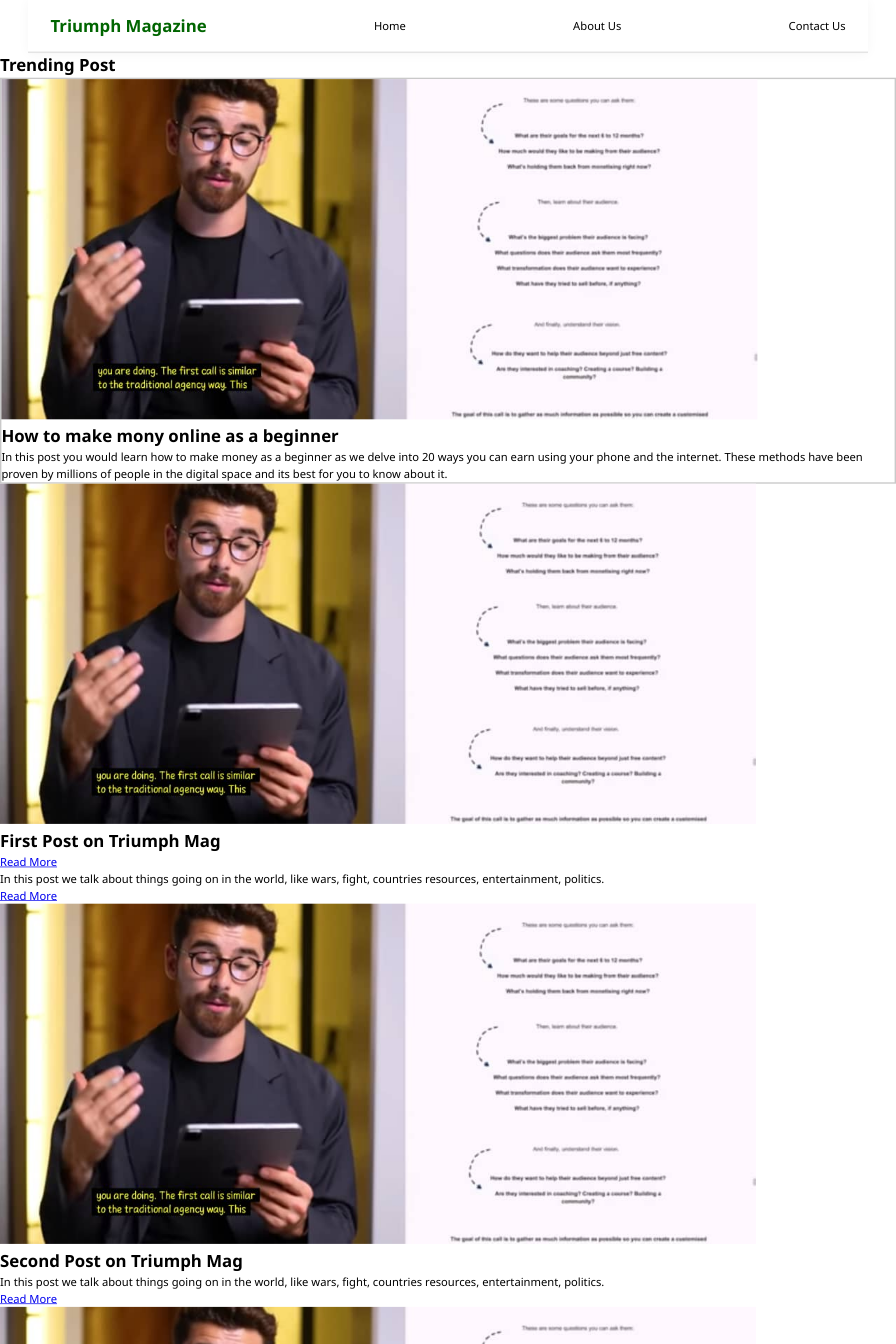
Repository: zikcolle/Triumph-Blog
Page: index.html
The author's editor kept a copy of each file at every save. The page is drawn from the files as they stood at one save, then again after the next save.
The browser window is 1280 px wide. The pictures show the part of the page from y = 0 to 1920 px (the page is 4819 px tall before and 4951 px after), at 70% of full size.

Above is the page before, as saved 2026-06-20 15:29:10.

### index.html
<!DOCTYPE html>
<html lang="en">

<head>
    <meta charset="UTF-8">
    <meta name="viewport" content="width=device-width, initial-scale=1.0">
    <title>Triumph Magazine</title>
    <link rel="stylesheet" href="styles.css">
</head>

<body>
    <header>
        <h2>Triumph Magazine</h2>
            <a href="#">Home</a></li>
            <a href="/about-us">About Us</a>
            <a href="/contact-us">Contact Us</a>
    </header>

    <main>
        <section>
            <div>
                <h2 class="label-post">Trending Post</h2>
            </div>
            <div class="feat-post">
                <img src="simage\postiman.jpeg">
                <h1>How to make mony online as a beginner</h1>
                <p>In this post you would learn how to make money as a beginner as we delve into 20 ways you can earn
                    using your phone and the internet. These methods have been proven by millions of people in the
                    digital space and its best for you to know about it.</p>
            </div>
        </section>

        <section class="post-grid">
            <div class="blog-post">
                <img src="simage\postiman.jpeg">
                <h1>First Post on Triumph Mag</h1><a href="#" class="read-more">Read More</a>
                <p>In this post we talk about things going on in the world, like wars, fight, countries resources,
                    entertainment, politics.</p>
                <a href="#" class="read-more">Read More</a>
            </div>

            <div class="blog-post">
                <img src="simage\postiman.jpeg">
                <h1>Second Post on Triumph Mag</h1>
                <p>In this post we talk about things going on in the world, like wars, fight, countries resources,
                    entertainment, politics.</p>
                <a href="#" class="read-more">Read More</a>
            </div>

            <div class="blog-post">
                <img src="simage\postiman.jpeg">
                <h1>Third Post on Triumph Mag</h1>
                <p>In this post we talk about things going on in the world, like wars, fight, countries resources,
                    entertainment, politics.</p>
                <a href="#" class="read-more">Read More</a>
            </div>

            <div class="blog-post">
                <img src="simage\postiman.jpeg">
                <h1>Fourth Post on Triumph Mag</h1>
                <p>In this post we talk about things going on in the world, like wars, fight, countries resources,
                    entertainment, politics.</p>
                <a href="#" class="read-more">Read More</a>
            </div>

            <div class="blog-post">
                <img src="simage\postiman.jpeg">
                <h1>Fifth Post on Triumph Mag</h1>
                <p>In this post we talk about things going on in the world, like wars, fight, countries resources,
                    entertainment, politics.</p>
                <a href="#" class="read-more">Read More</a>
            </div>

            <div class="blog-post">
                <img src="simage\postiman.jpeg">
                <h1>Sixth Post on Triumph Mag</h1>
                <p>In this post we talk about things going on in the world, like wars, fight, countries resources,
                    entertainment, politics.</p>
                <a href="#" class="read-more">Read More</a>
            </div>

            <div><a href="/blog">View More Posts</a></div>
        </section>

        <section>
            <h2>Related Posts</h2>

            <div class="blog-post">
                <img src="simage\postiman.jpeg">
                <h1><a href="/blog">Sixth Post on Triumph Mag</a></h1>
            </div>
        </section>
    </main>

    <footer>
        <h2>Triumph Magazine</h2>
        <p>© 2026 Triumph Magazine. All rights reserved.</p>
    </footer>

</body>

</html>

### styles.css
* {
    margin: 0;
    padding: 0;
    box-sizing: border-box;
    scroll-behavior: smooth;
}

body {
    background-color: rgb(255, 255, 255);
    color: rgb(0, 0, 0);
    font-family:'Segoe UI', Tahoma, Geneva, Verdana, sans-serif;
    line-height: 1.5;
}

header {
    position: sticky;
    display: flex;
    justify-content: space-between;
    align-items: center;
    margin: 0 auto;
    max-width: 1200px;
    background-color: rgba(255,255,255,0.92);
    border-bottom: 1px solid rgba(0, 0, 0, 0.213);
    backdrop-filter: blur(20px) saturate(180%);
    -webkit-backdrop-filter: blur(20px) saturate(180%);
    box-shadow: 0 1px 0 rgba(0,0,0,0.04), 0 2px 16px rgba(0,0,0,0.04);
    padding: 1.2rem 2rem;
    top: 0;
    z-index: 100;
    color: rgb(0, 101, 0);
}

header a {
    text-decoration: none;
    color: rgb(0, 0, 0);
}

header a:hover {
    text-decoration: none;
    color: rgb(0, 101, 0);
    text-decoration: underline;
}

.feat-post {
    display: block;
    background-color: rgb(255, 255, 255);
    border: 2px solid rgba(0, 0, 0, 0.213);
    max-width: ;
}

After the next save:
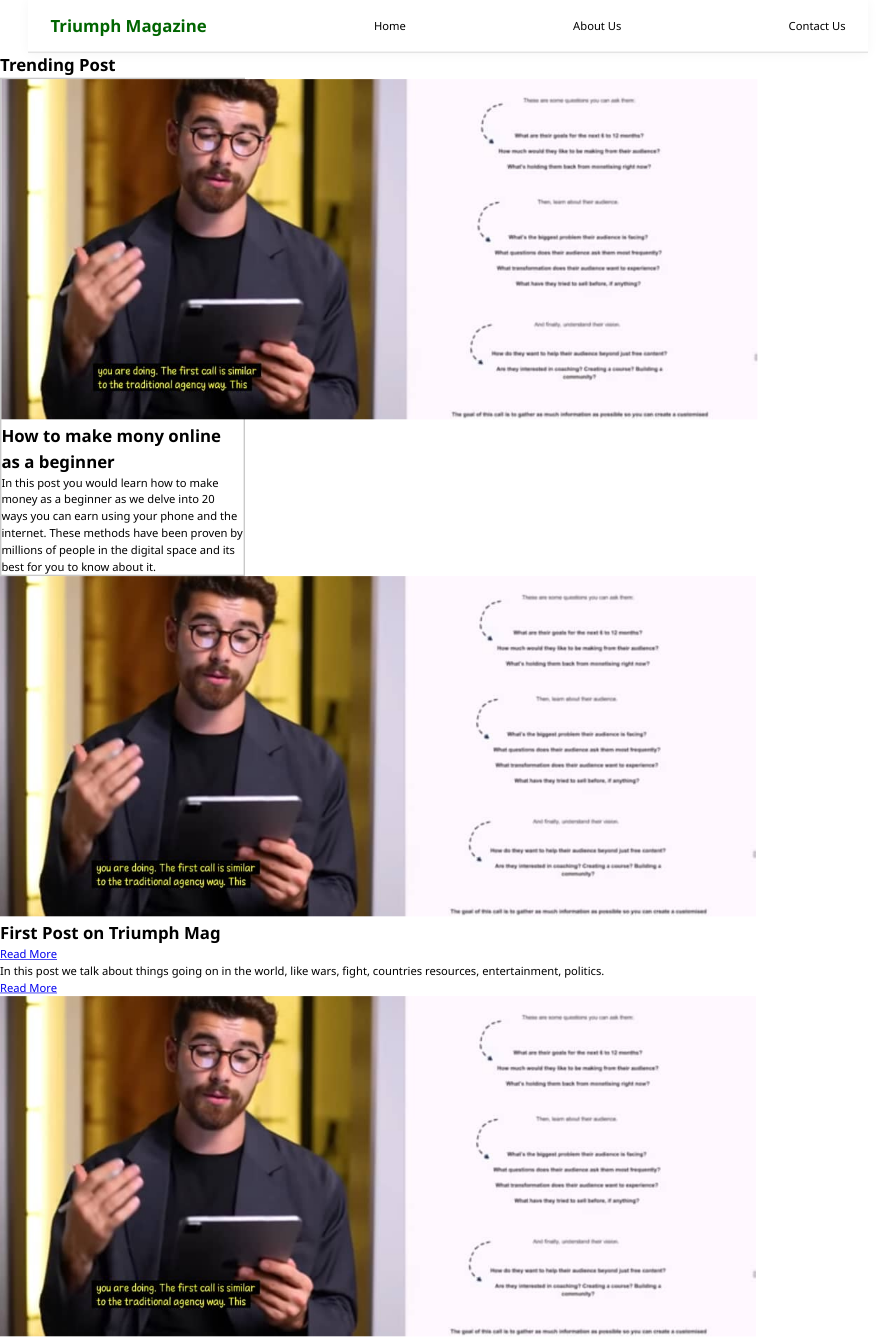
Saved 5 s later.
--- a/styles.css
+++ b/styles.css
@@ -45,5 +45,5 @@ header a:hover {
     display: block;
     background-color: rgb(255, 255, 255);
     border: 2px solid rgba(0, 0, 0, 0.213);
-    max-width: ;
+    max-width: 350px;
 }
